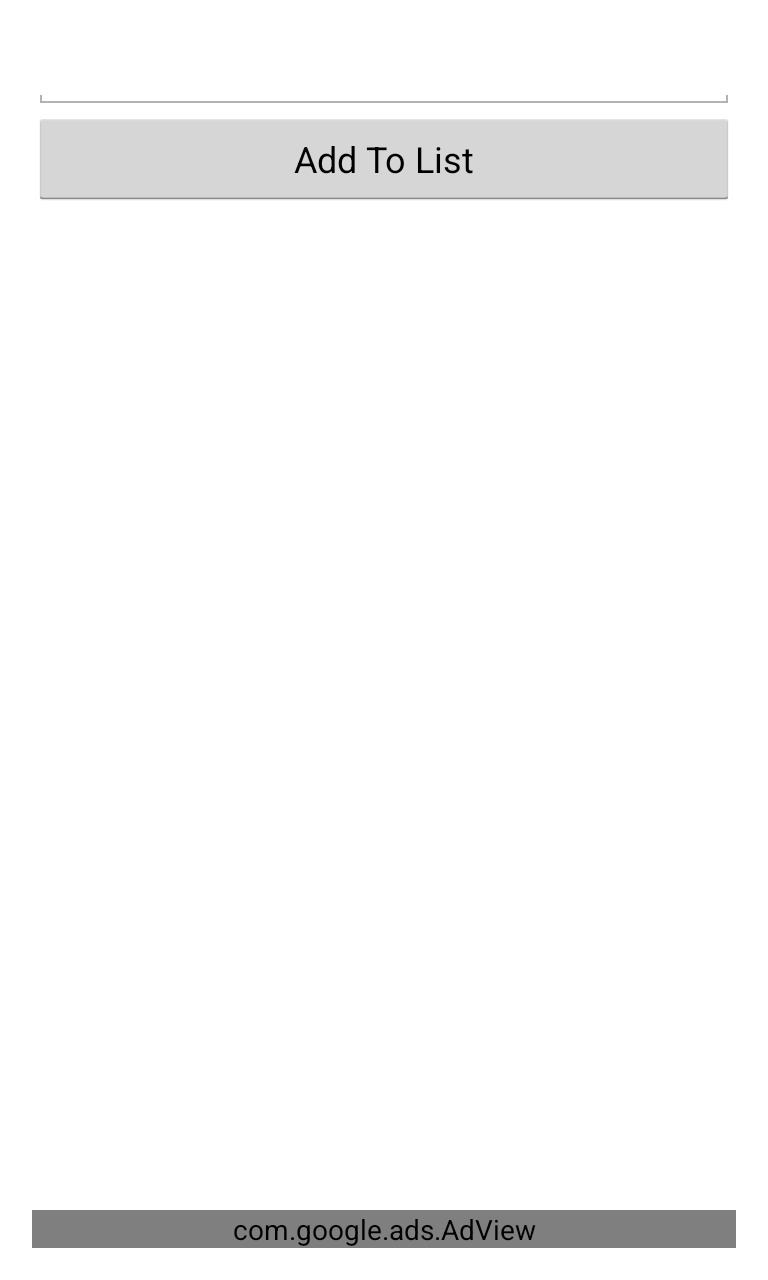
Repository: cutepig123/MyAndroidTestApps
Layout: Test3_TodoList/res/layout/activity_main.xml
An editor plug-in stored every save of this project. The layout is shown before and after the next save, followed by the edit.
Pictures or frames that could not be fetched are drawn as grey boxes. It is drawn on a 768 x 1280 px phone screen (xhdpi) without system bars, with theme AppTheme; the app's code is not run. Lists and similar views that code fills are empty.

Above is the layout before, as saved 2013-04-21 06:10:00.

### Test3_TodoList/res/layout/activity_main.xml
<RelativeLayout xmlns:android="http://schemas.android.com/apk/res/android"

    xmlns:tools="http://schemas.android.com/tools"
    android:layout_width="match_parent"
    android:layout_height="match_parent"
    android:paddingBottom="@dimen/activity_vertical_margin"
    android:paddingLeft="@dimen/activity_horizontal_margin"
    android:paddingRight="@dimen/activity_horizontal_margin"
    android:paddingTop="@dimen/activity_vertical_margin"
    tools:context=".MainActivity" >

    <com.google.ads.AdView
             xmlns:ads="http://schemas.android.com/apk/lib/com.google.ads"
             android:id="@+id/adView"
             android:layout_width="fill_parent"
             android:layout_height="wrap_content"
             ads:adUnitId="a151737708df4ce"
             android:layout_alignParentBottom="true"
             ads:adSize="BANNER"
             ads:loadAdOnCreate="true"/>

    <LinearLayout
        android:id="@+id/myLayout"
        android:layout_width="fill_parent"
        android:layout_height="fill_parent"
        android:layout_alignParentBottom="true"
        android:layout_centerHorizontal="true"
        android:orientation="vertical" >

        <EditText
            android:id="@+id/editText1"
            android:layout_width="match_parent"
            android:layout_height="wrap_content"
            android:ems="10" />

        <Button
            android:id="@+id/button1"
            android:layout_width="match_parent"
            android:layout_height="wrap_content"
            android:text="Add To List" />

        <ListView
            android:id="@+id/listView1"
            android:layout_width="match_parent"
            android:layout_height="wrap_content" >
        </ListView>

    </LinearLayout>


</RelativeLayout>

Loaded but not shown: Test3_TodoList/res/values/styles.xml (common file); Test3_TodoList/res/values-v11/styles.xml (common file); Test3_TodoList/res/values-v14/styles.xml (common file); Test3_TodoList/res/values/dimens.xml (common file)

After the next save:
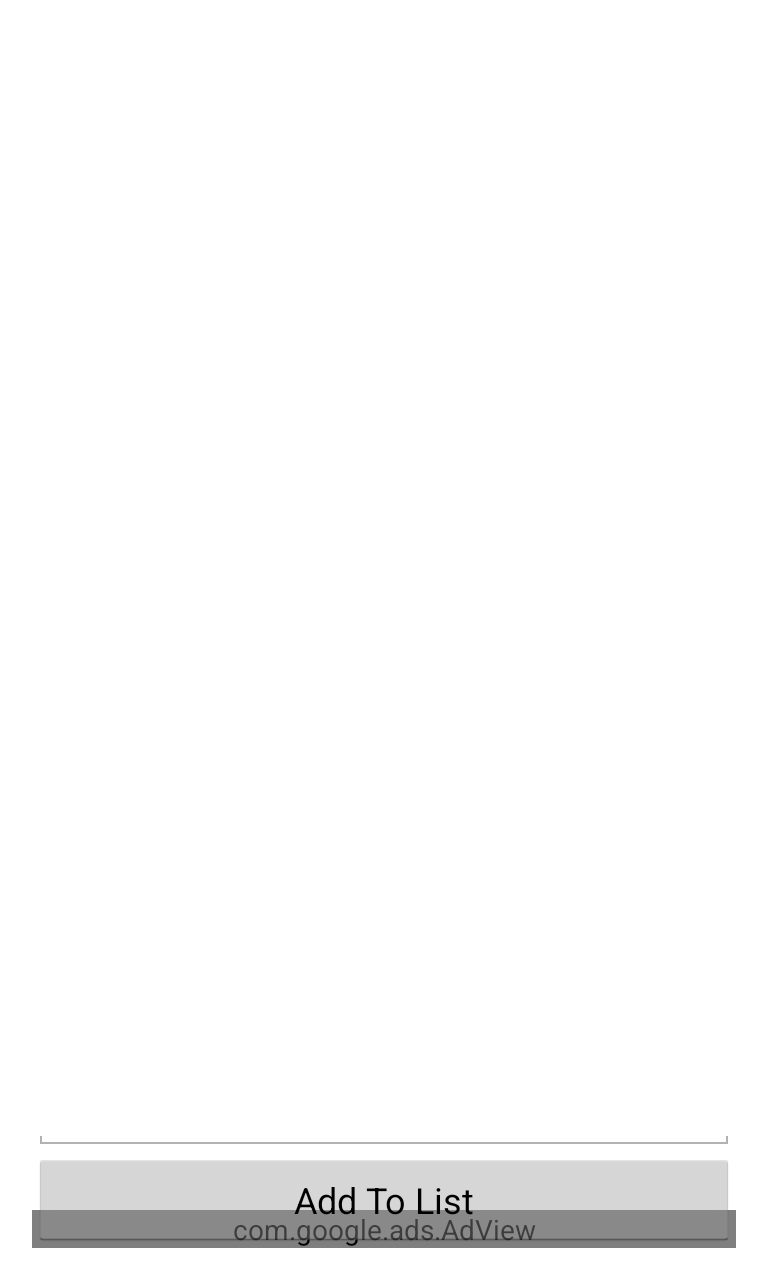
Saved 6 s later.
--- a/Test3_TodoList/res/layout/activity_main.xml
+++ b/Test3_TodoList/res/layout/activity_main.xml
@@ -22,7 +22,7 @@
     <LinearLayout
         android:id="@+id/myLayout"
         android:layout_width="fill_parent"
-        android:layout_height="fill_parent"
+        android:layout_height="wrap_content"
         android:layout_alignParentBottom="true"
         android:layout_centerHorizontal="true"
         android:orientation="vertical" >
